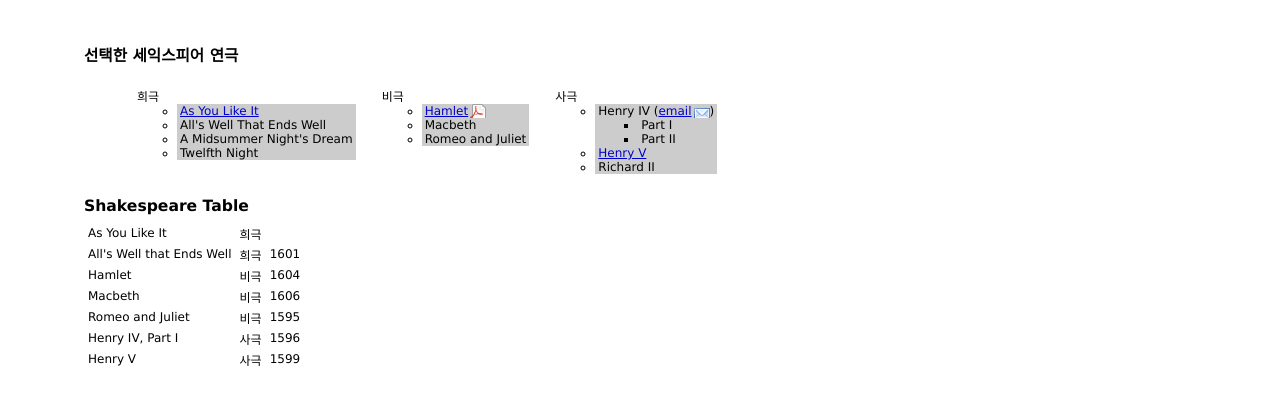
Repository: RyuJelly/211
Page: java_web/jQuery/WebContent/chap02/index.html
These files come from the project's save history. The page is drawn as it stood at one moment and after the next save; the edit follows.
The browser window is 1280 px wide. The pictures show the whole page.

Above is the page before, as saved 2021-03-15 03:28:28.

After the next save:
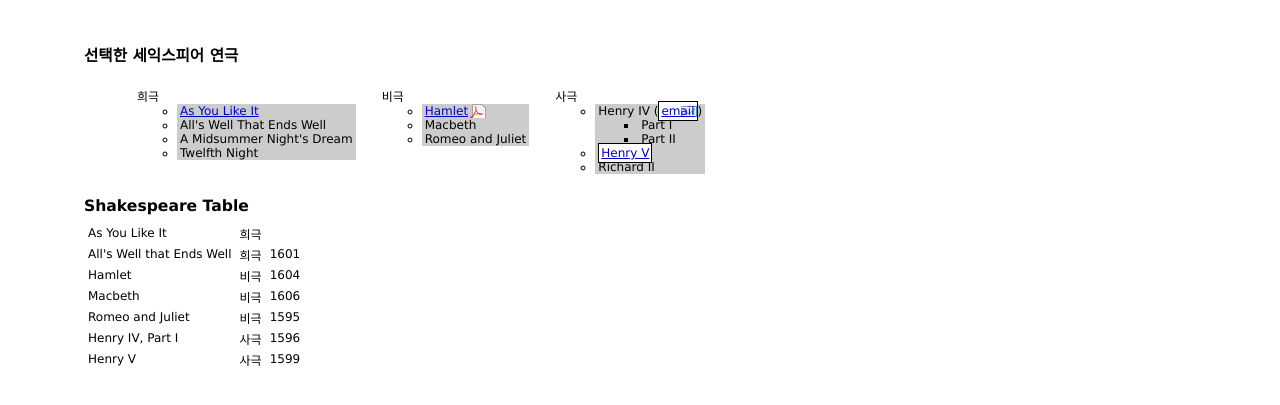
Saved 2 min 43 s later.
--- a/java_web/jQuery/WebContent/chap02/chapter2.js
+++ b/java_web/jQuery/WebContent/chap02/chapter2.js
@@ -3,4 +3,5 @@ $(function(){
 	$('#selected-plays li:not("#selected-plays > li")').addClass('sub-level');
 	$('a[href $= pdf]').addClass('pdflink');
 	$('a[href ^= mailto]').addClass('mailto');
+	$('a[href *= henry]').addClass('henrylink');
 });
